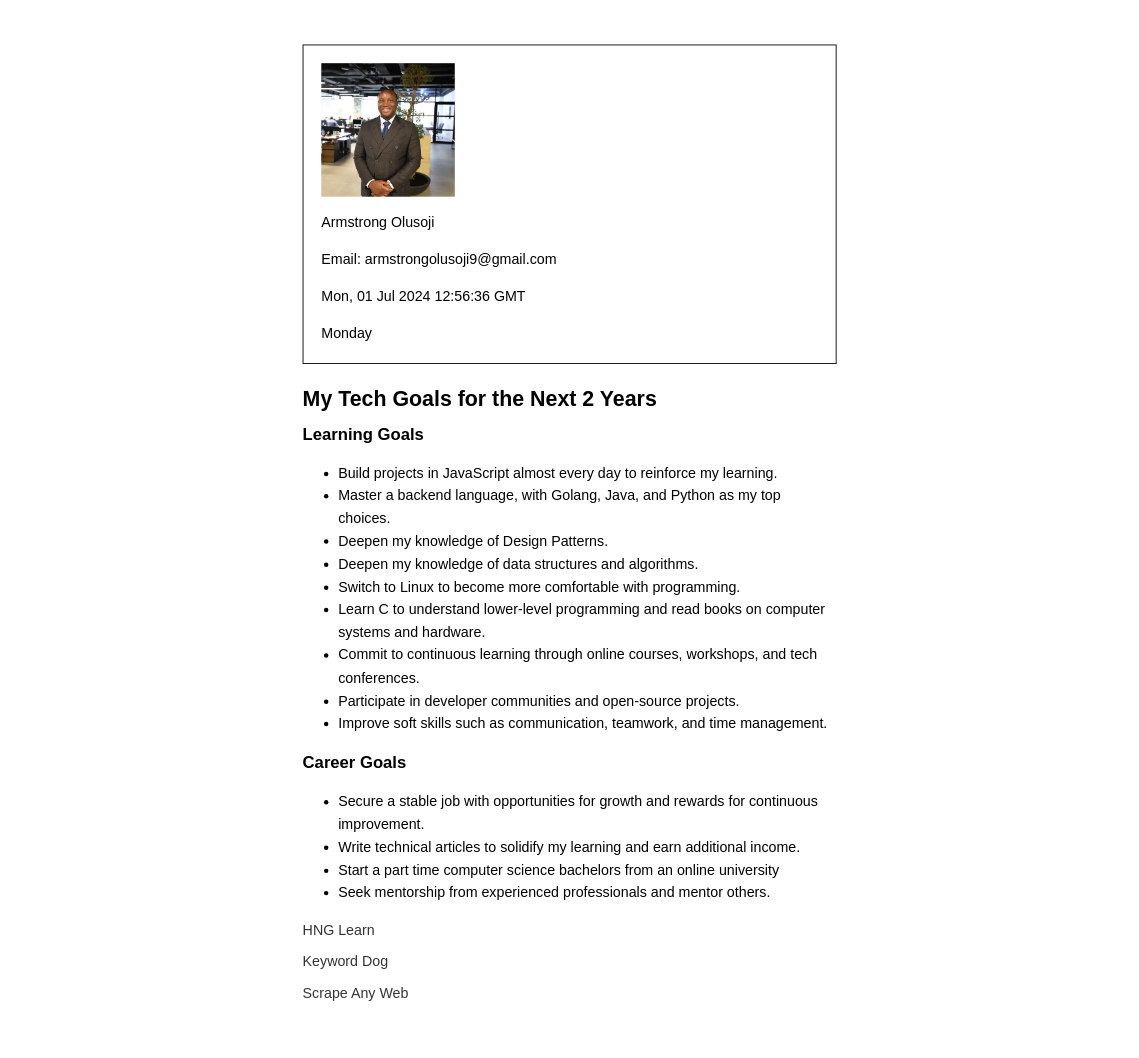
Repository: Armstrong2035/hng-project-one
Page: index.html
These files come from the project's save history. The page is drawn as it stood at one moment and after a run of saves; the edit follows.
The browser window is 1280 px wide. The pictures show the whole page, at 89% of full size.

Above is the page before, as saved 2024-07-01 16:50:59.

After the next 2 saves:
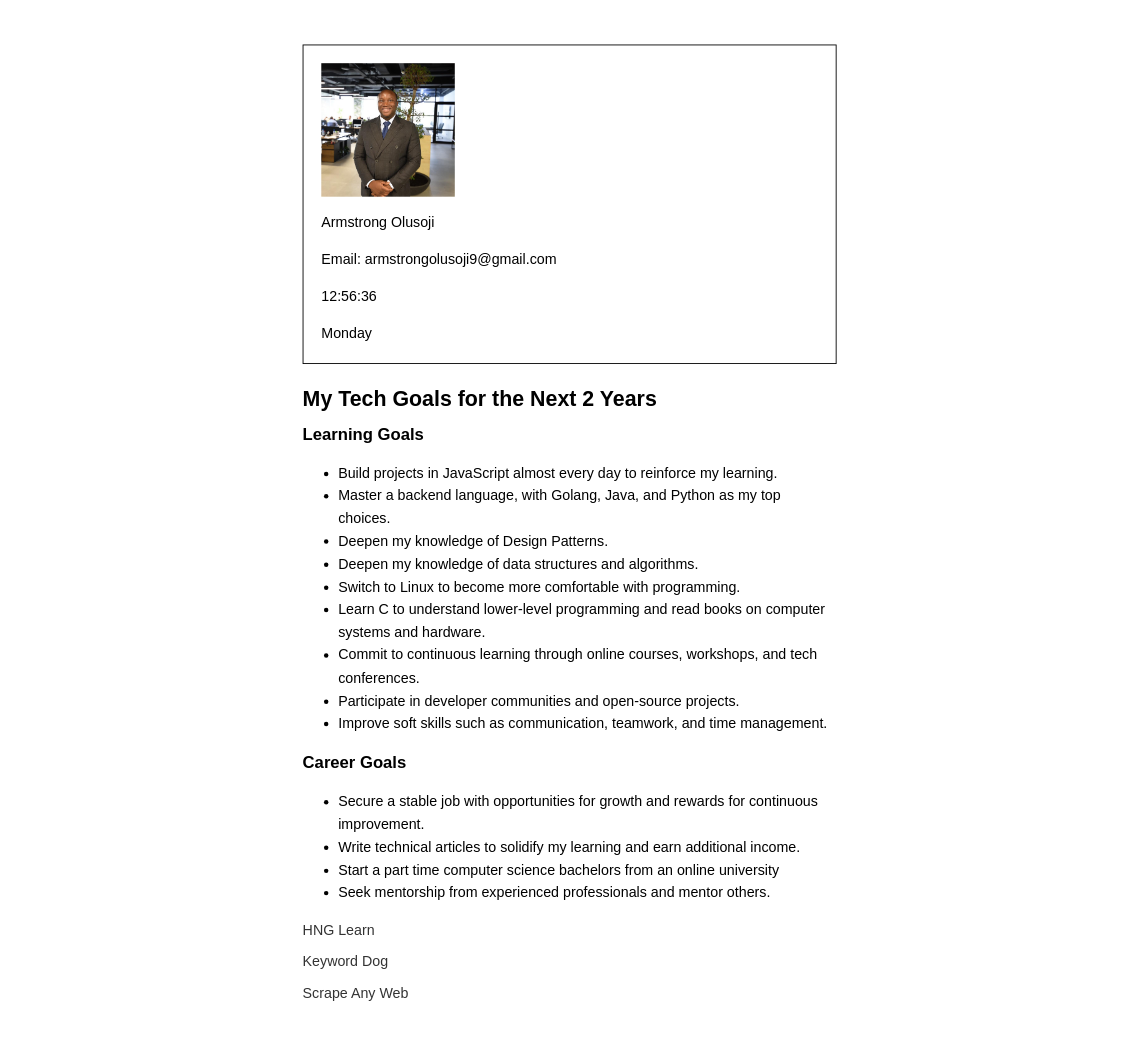
The 2 saves are shown as one change because they came seconds apart.
The last was saved 61 s later.
--- a/script.js
+++ b/script.js
@@ -1,6 +1,11 @@
 function updateTime() {
   const now = new Date();
-  const utcTime = now.toUTCString();
+  const utcTime = now.toLocaleTimeString("en-US", {
+    hour: "numeric",
+    minute: "numeric",
+    second: "numeric",
+    hour12: false,
+  });
   const day = now.toLocaleDateString("en-US", { weekday: "long" });
   document.getElementById("current-time").textContent = ` ${utcTime}`;
   document.getElementById("current-day").textContent = ` ${day}`;
